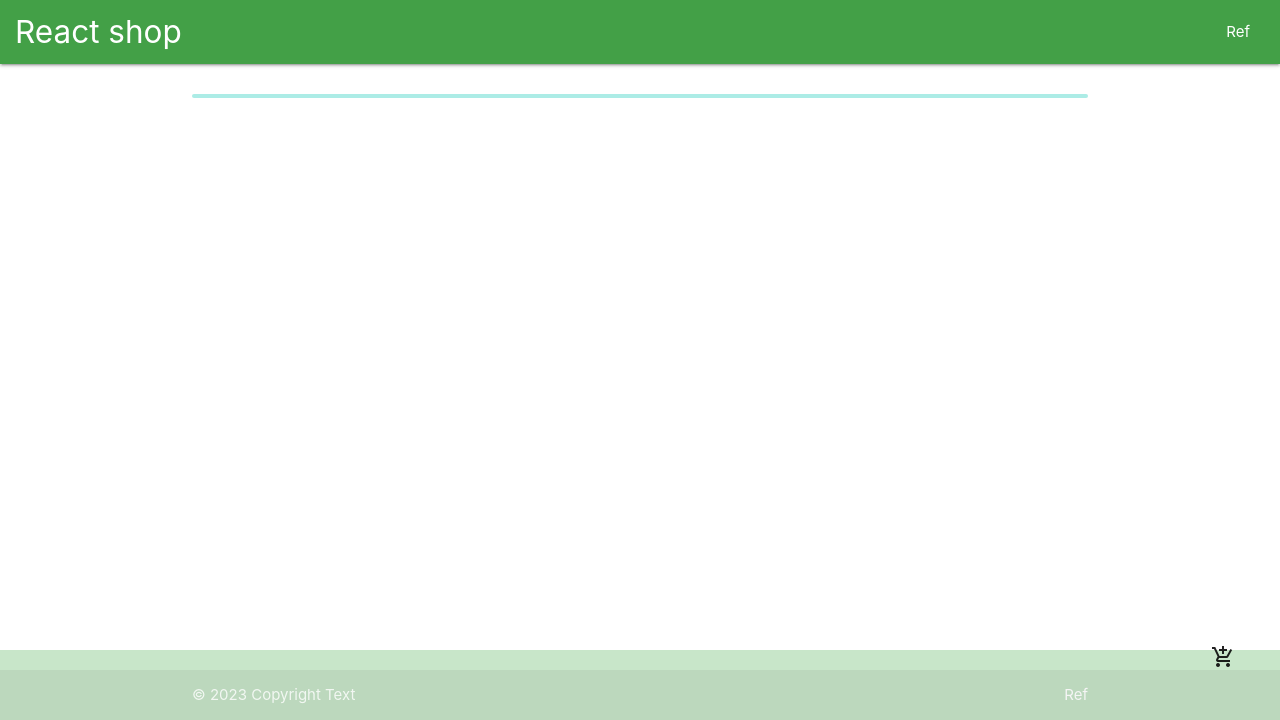
Repository: qui-qui-qui/online-shop
Page: /
An editor plug-in stored every save of this project. The page is shown before and after the next save, followed by the edit.
The browser window is 1280 px wide. The pictures show the whole page.
The page's requests for data from a server got no answer. The project was rebuilt for these pictures with package versions that can differ from the ones it lists, and the page was loaded fresh each time. No one was signed in, and anything a server would have sent is missing. Also part of the build but not shown: src/components/GoodsItem.jsx, src/components/GoodsList.jsx.

Above is the page before, as saved 2023-01-04 19:05:25.

### public/index.html
<!DOCTYPE html>
<html lang="en">
  <head>
    <meta charset="utf-8" />
    <link rel="icon" href="%PUBLIC_URL%/favicon.ico" />
    <meta name="viewport" content="width=device-width, initial-scale=1" />
    <meta name="theme-color" content="#000000" />
    <meta
      name="pet-project"
      content="react shop"
    />
    <link rel="apple-touch-icon" href="%PUBLIC_URL%/logo192.png" />
    <link rel="manifest" href="%PUBLIC_URL%/manifest.json" />
    <title>React Shop</title>
    <link rel="stylesheet" href="https://cdnjs.cloudflare.com/ajax/libs/materialize/1.0.0/css/materialize.min.css">
    <link href="https://fonts.googleapis.com/icon?family=Material+Icons" rel="stylesheet">
  </head>
  <body>
    <noscript>You need to enable JavaScript to run this app.</noscript>
    <div id="root"></div>
  </body>
</html>

### src/index.css
body {
  margin: 0;
  font-family: -apple-system, BlinkMacSystemFont, 'Segoe UI', 'Roboto', 'Oxygen',
    'Ubuntu', 'Cantarell', 'Fira Sans', 'Droid Sans', 'Helvetica Neue',
    sans-serif;
  -webkit-font-smoothing: antialiased;
  -moz-osx-font-smoothing: grayscale;
}


nav {
  padding: 0 1rem;
}

.content {
  min-height: calc(100vh - 70px - 64px);
  padding: 1.5rem 0;
}

.goods {
  display: grid;
  grid-template-columns: repeat(auto-fill, minmax(250px, 1fr));
  gap: 1rem
}

.card {
  display: flex;
  flex-direction: column;
}

.card-content {
  flex-grow: 1;
}

.cart {
  position: fixed;
  bottom: 2rem;
  right: 2rem;

  cursor: pointer;
  z-index: 5;
  padding: 1rem;
}

### src/App.js
import { Header } from "./components/Header";
import { Footer } from "./components/Footer";
import { Shop } from "./components/Shop";

function App() {
  return (
    <>
      <Header />
      <Shop />
      <Footer />
    </>
  );
}

export default App;

### src/components/Header.jsx
function Header() {
    return <nav className="green darken-1">
      <div className="nav-wrapper">
        <a href="!#" className="brand-logo left">React shop</a>
        <ul id="nav-mobile" className="right">
          <li><a href="!#">Ref</a></li>
        </ul>
      </div>
  </nav>
}

export {Header}

### src/components/Footer.jsx
function Footer() {
    return <footer className="page-footer green lighten-4">
    <div className="footer-copyright">
      <div className="container">
      © {new Date().getFullYear()} Copyright Text
      <a className="grey-text text-lighten-4 right" href="#!">Ref</a>
      </div>
    </div>
  </footer>
}

export {Footer}

### src/components/Shop.jsx
import {useState, useEffect} from 'react';
import {API_KEY, API_URL} from '../config';
import { Preloader } from './Preloader';
import { GoodsList } from './GoodsList';
import { Cart } from './Cart';

function Shop() {
  const [goods, setGoods] = useState([]);
  const [loading, setLoading] = useState(true);
  console.log(API_KEY);

  useEffect(function getGoods() {
    fetch(API_URL, {
      headers: {
        Authorization: API_KEY,
      },
    })
      .then((response) => response.json())
      .then((data) => {
        data.featured && setGoods(data.featured);
        setLoading(false);
      });
  }, []);

  return <main className="container content">
    <Cart quantity={goods.length}/>
    {loading ? <Preloader/> : <GoodsList goods={goods}/>}
  </main>;
}

export { Shop };

### src/config.js
const API_KEY = '6c6ecc31-c6e59085-63220236-a525db2c';

const API_URL = 'https://fortniteapi.io/v1/shop?lang=ru';

export {
    API_KEY,
    API_URL
};

### src/components/Preloader.jsx
function Preloader() {
  return (
    <div className="progress">
      <div className="interminate"></div>
    </div>
  );
}

export { Preloader };

### src/components/Cart.jsx
function Cart(props) {
    const {quantity = 0} = props;

    return (
        <div className="cart">
            <i className="material-icons">add_shopping_cart</i>
            {quantity ? (
                <span className="cart-quantity">{quantity}</span>
            ) : null}
        </div>
    )
}

export {Cart};

Loaded but not shown: src/index.js (common file)

After the next save:
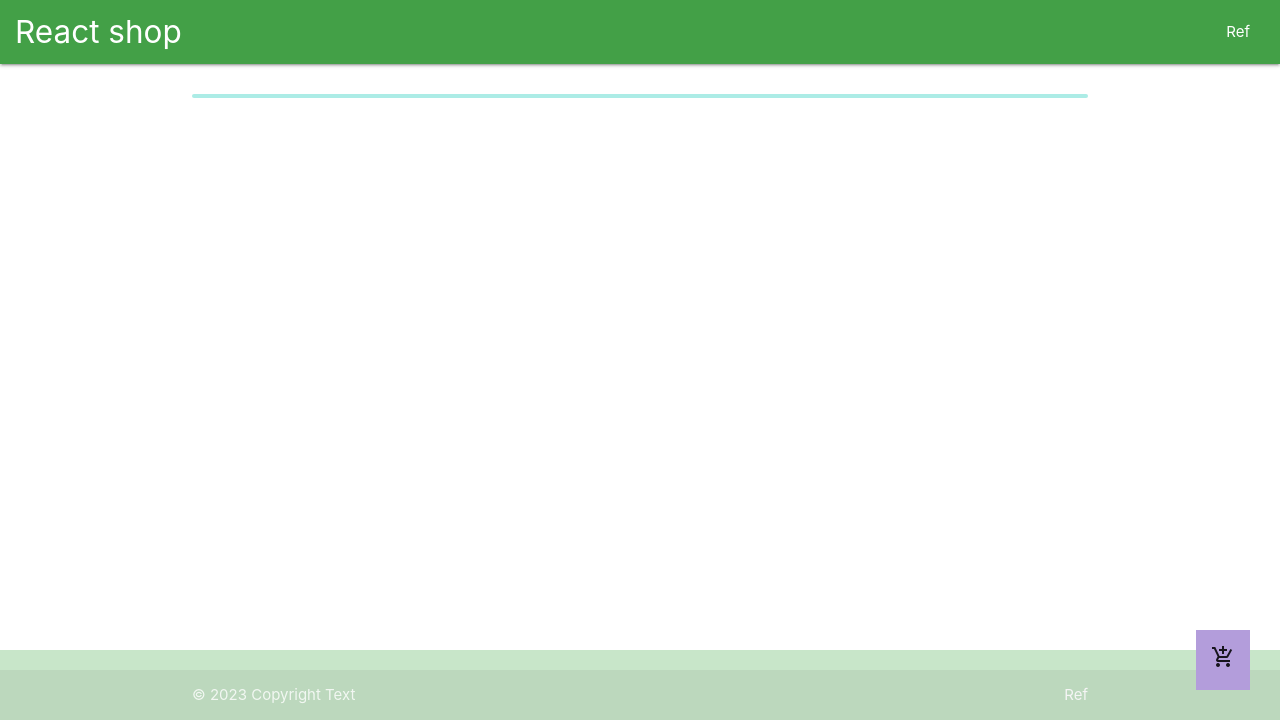
Saved 40 s later.
--- a/src/components/Cart.jsx
+++ b/src/components/Cart.jsx
@@ -2,7 +2,7 @@ function Cart(props) {
     const {quantity = 0} = props;
 
     return (
-        <div className="cart">
+        <div className="cart deep-purple lighten-3">
             <i className="material-icons">add_shopping_cart</i>
             {quantity ? (
                 <span className="cart-quantity">{quantity}</span>
